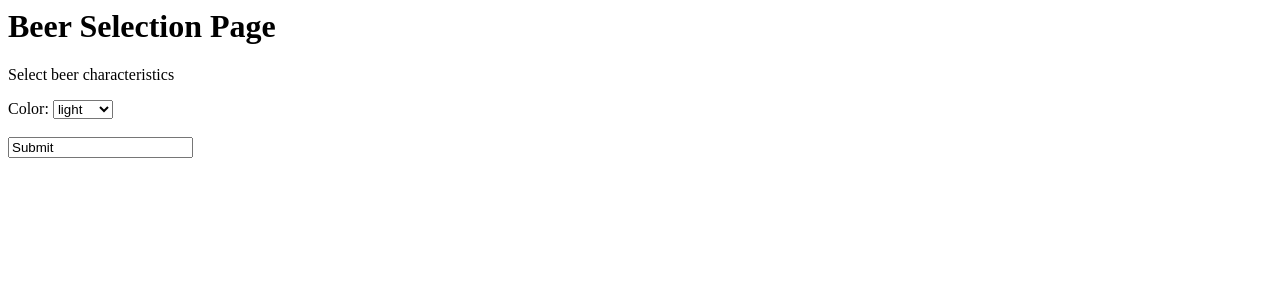
Repository: mikechip1980/second_study
Page: http://localhost/third_beer_adviser/
These files come from the project's save history. The page is drawn as it stood at one moment and after the next save; the edit follows.
The browser window is 1280 px wide. The pictures show the whole page.
The page is served by Tomcat 9. Other server files are loaded and not shown.

Above is the page before, as saved 2016-07-30 22:31:43.

### third_beer_adviser/src/main/webapp/index.jsp
<html>
<body>
<h1>Beer Selection Page</h1>
<form method="POST" action="SelectBeer.do">
Select beer characteristics<p>
Color:
<select name=”color” size=”1”>
<option value=”light”> light </option>
<option value=”amber”> amber </option>
<option value=”brown”> brown </option>
<option value=”dark”> dark </option>
</select>
<br><br>
<input type=”SUBMIT" value="Submit">
</form></body></html>

After the next save:
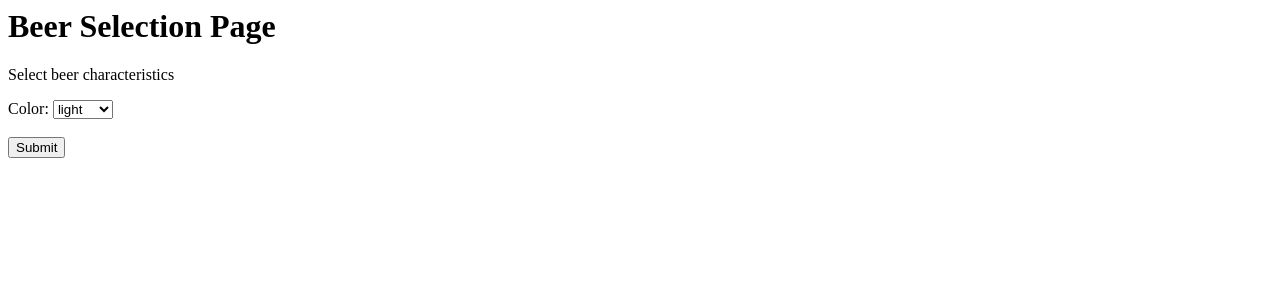
Saved 28 s later.
--- a/third_beer_adviser/src/main/webapp/index.jsp
+++ b/third_beer_adviser/src/main/webapp/index.jsp
@@ -4,12 +4,12 @@
 <form method="POST" action="SelectBeer.do">
 Select beer characteristics<p>
 Color:
-<select name=”color” size=”1”>
-<option value=”light”> light </option>
-<option value=”amber”> amber </option>
-<option value=”brown”> brown </option>
-<option value=”dark”> dark </option>
+<select name="color" size="1">
+<option value="light"> light </option>
+<option value="amber"> amber </option>
+<option value="brown"> brown </option>
+<option value="dark"> dark </option>
 </select>
 <br><br>
-<input type=”SUBMIT" value="Submit">
+<input type="SUBMIT" value="Submit">
 </form></body></html>
